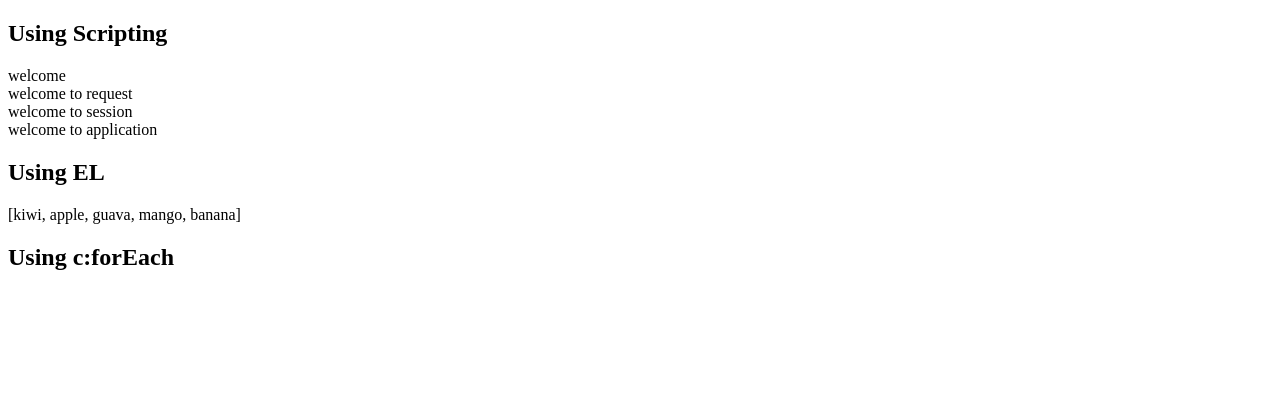
Repository: bigee1397/22-3-2024
Page: http://localhost/JSPDemos/explang.jsp
The author's editor kept a copy of each file at every save. The page is drawn from the files as they stood at one save, then again after a run of saves.
The browser window is 1280 px wide. The pictures show the whole page.
The page is served by Tomcat 9.

Above is the page before, as saved 2024-03-18 06:03:34.

### jspandservlets/JSPDemos/src/main/webapp/explang.jsp
<%@page import="java.util.*"%>
<%@ page language="java" contentType="text/html; charset=ISO-8859-1"
    pageEncoding="ISO-8859-1"%>
<!DOCTYPE html>
<html>
<head>
<meta charset="ISO-8859-1">
<title>Insert title here</title>
</head>
<body>
	<%
		pageContext.setAttribute("message", "welcome");
		request.setAttribute("message", "welcome to request");
		session.setAttribute("message", "welcome to session");
		application.setAttribute("message", "welcome to application");
	%>

	<h2>Using Scripting</h2>
	${message } <br>
	${requestScope.message } <br>
	${sessionScope.message } <br>
	${applicationScope.message } <br>


	<% List<String> fruits = Arrays.asList("kiwi","apple","guava","mango","banana");
		session.setAttribute("fruitsList", fruits);
	%>

	<h2>Using EL</h2>
	${fruitsList }

	<h2>Using c:forEach</h2>
	<c:forEach items="${fruitsList }" var="fruit" step="1" >
	${fruit}<br />
	</c:forEach>

</body>
</html>

After the next 2 saves:
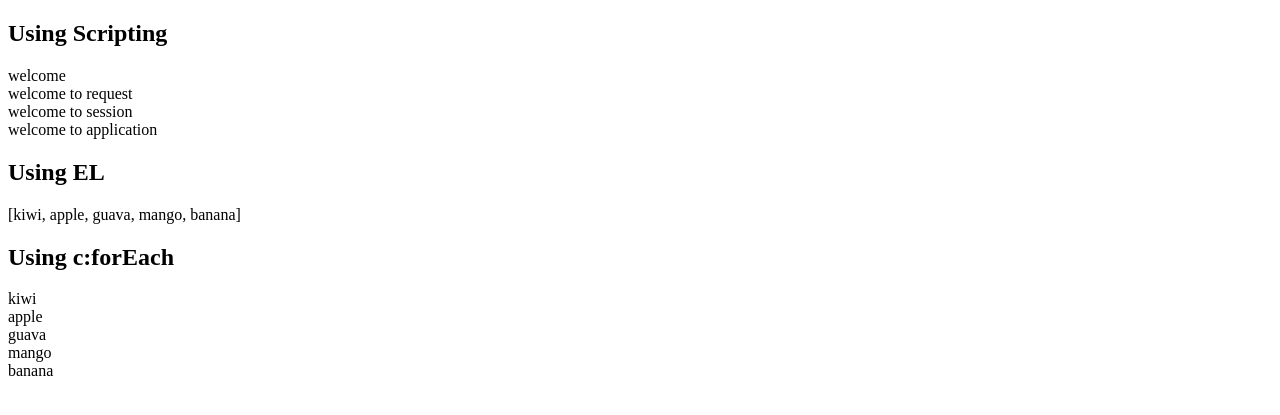
The 2 saves are shown as one change because they came seconds apart.
The last was saved 36 s later.
--- a/jspandservlets/JSPDemos/src/main/webapp/explang.jsp
+++ b/jspandservlets/JSPDemos/src/main/webapp/explang.jsp
@@ -1,6 +1,7 @@
 <%@page import="java.util.*"%>
 <%@ page language="java" contentType="text/html; charset=ISO-8859-1"
     pageEncoding="ISO-8859-1"%>
+    <%@ taglib uri="http://java.sun.com/jsp/jstl/core" prefix="c" %>
 <!DOCTYPE html>
 <html>
 <head>
